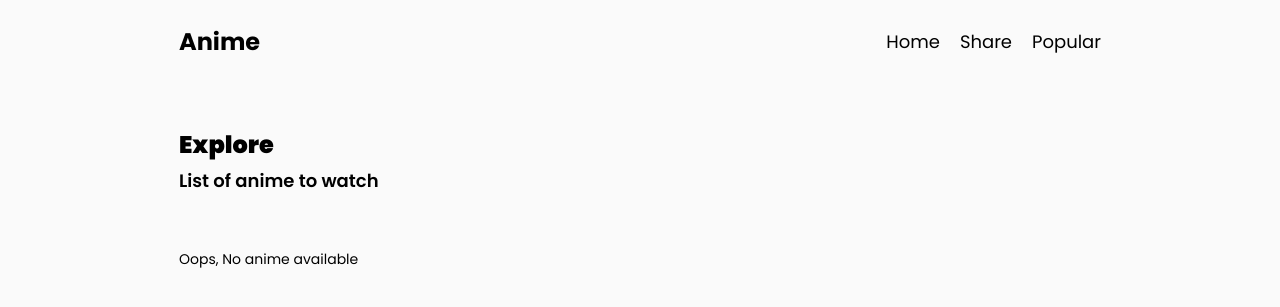
Repository: tushcmd/docker-learn
Page: / (app in mern-docker/frontend/)
The author's editor kept a copy of each file at every save. The page is drawn from the files as they stood at one save, then again after the next save.
The browser window is 1280 px wide. The pictures show the whole page.
The page's requests for data from a server got no answer. The project was rebuilt for these pictures with package versions that can differ from the ones it lists, and the page was loaded fresh each time. No one was signed in, and anything a server would have sent is missing. Also part of the build but not shown: mern-docker/frontend/vite.config.js, mern-docker/frontend/src/pages/Create.jsx.

Above is the page before, as saved 2024-06-12 18:20:42.

### mern-docker/frontend/src/App.jsx
import { BrowserRouter as Router, Route, Routes, Link } from "react-router-dom";

import Home from "./pages/Home";
import Create from "./pages/Create";

import "./App.css";

function App() {
  return (
    <Router>
      <nav className="navbar">
        <Link to="/" className="navbar_title">
          <h1>Anime</h1>
        </Link>
        <div className="navbar_links">
          <Link to="/" className="navbar_link">
            Home
          </Link>
          <Link to="/create" className="navbar_link">
            Share
          </Link>
          <Link to="/popular" className="navbar_link">
            Popular
          </Link>
        </div>
      </nav>

      <Routes>
        <Route path="/" element={<Home />} />
        <Route path="/create" element={<Create />} />
      </Routes>
    </Router>
  );
}

export default App;

### mern-docker/frontend/src/pages/Home.jsx
import axios from "axios";
import { useState, useEffect } from "react";
import { Link } from "react-router-dom";

function Home() {
  const [anime, setAnime] = useState([]);

  useEffect(() => {
    axios
      .get(`${import.meta.env.VITE_API_URL}/api/anime`)
      .then((res) => {
        setAnime(res.data);
      })
      .catch((err) => {
        console.log(err);
      });
  }, []);

  return (
    <main className="container">
      <h1 className="heading">Explore</h1>
      <p className="sub_heading">List of anime to watch</p>

      <ul className="anim_list">
        {anime.length > 0 &&
          anime.map((anim) => (
            <li key={anim._id} className="anime_card">
              <div className="anime_info">
                <h4>{anim.title}</h4>
                <p>{anim.description}</p>
              </div>

              <div className="anime_link">
                <Link to={anim.link} target="_blank" className="link">
                  Watch
                </Link>
              </div>
            </li>
          ))}
      </ul>

      {anime.length === 0 && (
        <p className="no_result">Oops, No anime available</p>
      )}
    </main>
  );
}

export default Home;

Loaded but not shown: mern-docker/frontend/index.html (common file); mern-docker/frontend/src/main.jsx (common file); mern-docker/frontend/src/index.css (common file); mern-docker/frontend/src/App.css (common file)

After the next save:
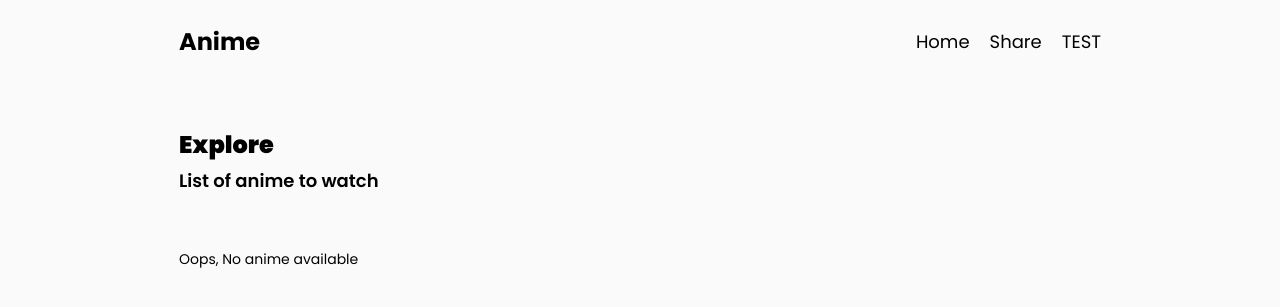
Saved 9 min 0 s later.
--- a/mern-docker/frontend/src/App.jsx
+++ b/mern-docker/frontend/src/App.jsx
@@ -20,7 +20,7 @@ function App() {
             Share
           </Link>
           <Link to="/popular" className="navbar_link">
-            Popular
+            TEST
           </Link>
         </div>
       </nav>
